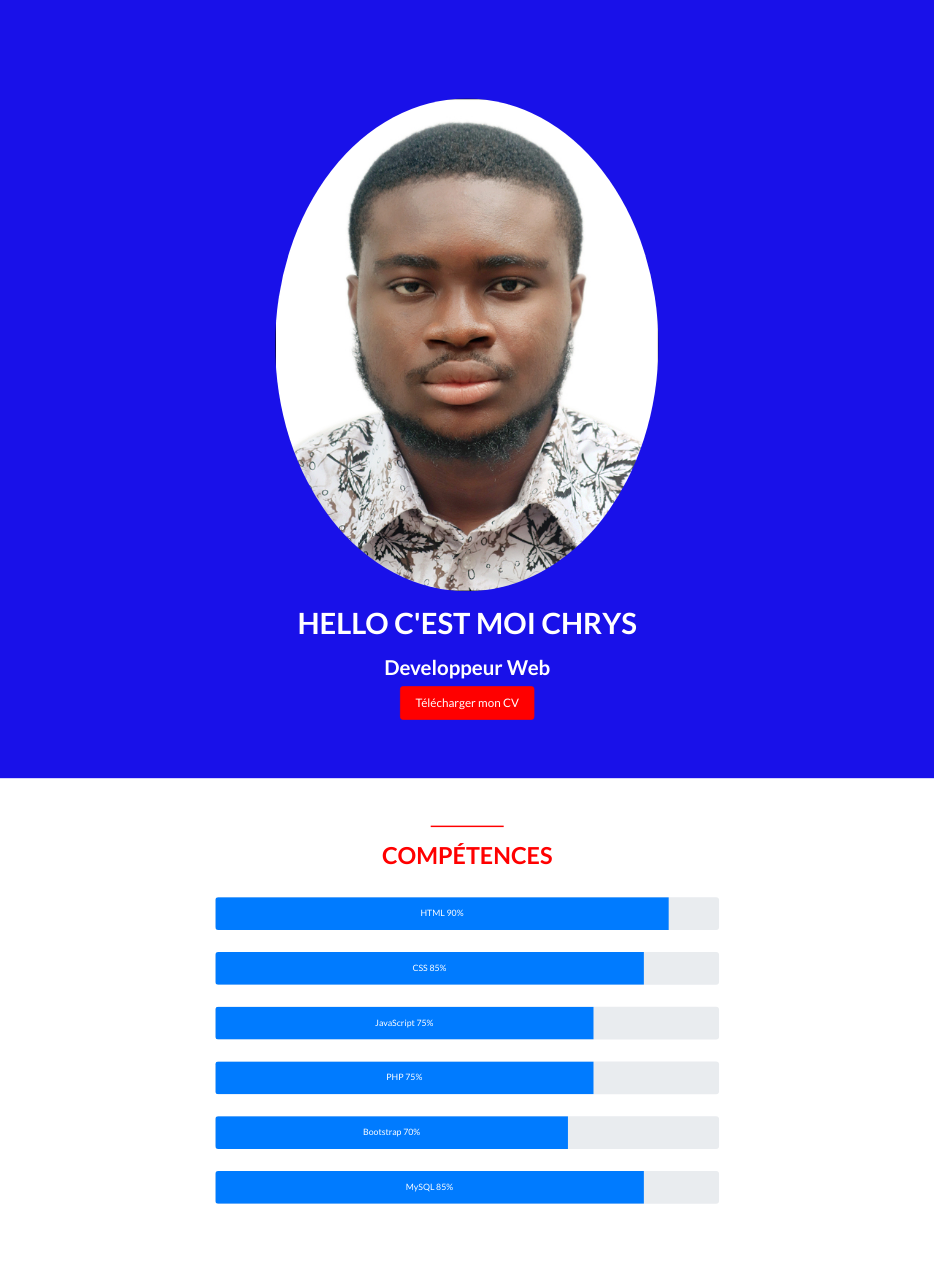
Repository: CHRYSOVR/CV_en_ligne_Interactif
Page: index.html
These files come from the project's save history. The page is drawn as it stood at one moment and after the next save; the edit follows.
The browser window is 1280 px wide. The pictures show the whole page, at 73% of full size.

Above is the page before, as saved 2025-07-08 20:50:04.
Console error: TypeError: Cannot read properties of undefined (reading 'fn')

### index.html
<!DOCTYPE html>
<html lang="fr">
<head>
    <meta charset="UTF-8">
    <meta name="viewport" content="width=device-width, initial-scale=1.0">
    <link rel="preconnect" href="https://fonts.googleapis.com">
<link rel="preconnect" href="https://fonts.gstatic.com" crossorigin>
<link href="https://fonts.googleapis.com/css2?family=Lato:ital,wght@0,100;0,300;0,400;0,700;0,900;1,100;1,300;1,400;1,700;1,900&display=swap" rel="stylesheet">
<link rel="stylesheet" href="https://cdn.jsdelivr.net/npm/bootstrap@4.0.0/dist/css/bootstrap.min.css" integrity="sha384-Gn5384xqQ1aoWXA+058RXPxPg6fy4IWvTNh0E263XmFcJlSAwiGgFAW/dAiS6JXm" crossorigin="anonymous">
<script src="https://cdn.jsdelivr.net/npm/bootstrap@4.0.0/dist/js/bootstrap.min.js" integrity="sha384-JZR6Spejh4U02d8jOt6vLEHfe/JQGiRRSQQxSfFWpi1MquVdAyjUar5+76PVCmYl" crossorigin="anonymous"></script>
    <link rel="stylesheet" href="css/style.css">
    <script src="js/script.js"></script>
    <title>CV SANNE-TIA</title>
</head>
<body>
  <section id="about" class="container-fluid">
    <div  class=" col-8 col -lg-4 profile-picture" >
        <img src="images/Me.JPG" alt="photo sanne-tia" class="rounded-circle">
    </div>
    <div class="heading">
        <h1>Hello c'est moi Chrys</h1 >
             <h3>Developpeur Web</h3>
     <a href="documents/CV_Sanne-Tia.pdf" class="btn btn-danger" target="_blank">Télécharger mon CV</a>
  </div>
    </section>


    <section id="skills">
        <div class="divider"></div>
        <div class="heading">
            <h2>Compétences</h2>
        </div>
        <div class="container">
            <div class="row justify-content-center">
                <div class="col-12 col-md-8">
                    <div class="mb-3">
                        <div class="progress">
                            <div class="progress-bar" role="progressbar" style="width: 90%;" aria-valuenow="90" aria-valuemin="0" aria-valuemax="100">HTML 90%</div>
                        </div>
                    </div>
                    <div class="mb-3">
                        <div class="progress">
                            <div class="progress-bar" role="progressbar" style="width: 85%;" aria-valuenow="85" aria-valuemin="0" aria-valuemax="100">CSS 85%</div>
                        </div>
                    </div>
                    <div class="mb-3">
                        <div class="progress">
                            <div class="progress-bar" role="progressbar" style="width: 75%;" aria-valuenow="75" aria-valuemin="0" aria-valuemax="100">JavaScript 75%</div>
                        </div>
                    </div>
                     <div class="mb-3">
                        <div class="progress">
                            <div class="progress-bar" role="progressbar" style="width: 75%;" aria-valuenow="75" aria-valuemin="0" aria-valuemax="100">PHP 75%</div>
                        </div>
                    </div>
                    <div class="mb-3">
                        <div class="progress">
                            <div class="progress-bar" role="progressbar" style="width: 70%;" aria-valuenow="70" aria-valuemin="0" aria-valuemax="100">Bootstrap 70%</div>
                        </div>
                    </div>
                    <div class="mb-3">
                        <div class="progress">
                            <div class="progress-bar" role="progressbar" style="width: 85%;" aria-valuenow="85" aria-valuemin="0" aria-valuemax="100">MySQL 85%</div>
                        </div>
                    </div>

                    </div>
                </div>
            </div>

    </section>
</body>
</html>

### css/style.css
/*GENERAL*/

body{
    font-family: 'Lato', sans-serif;

}
h1,h2,h3,h4,h5,h6{
    font-weight: bold;


}
.divider{
    width: 100px;
    height: 2px;
    background-color: #ff0000;
    margin:0 auto 20px ;
}
/*ABOUT*/
#about{
    background-color: #1911e9;

}
.profile-picture{
    text-align: center;
    margin: 70px auto 0;

}
section{
padding: 65px 0 80px 0;

}
 .heading{
    text-align: center;
    color: white;
    margin-top: 20px;
}
.heading h2{
    text-transform: uppercase;
}
img{
    max-width: 100%;
    height: auto;
}
#about .heading h1{
    color: white;
    text-transform: uppercase;
    margin-bottom: 20px;

}
.btn-danger{
    background-color: #ff0000;
    border-color: #ff0000;
    color: white;
    padding: 10px 20px;
    font-size: 16px;
    text-decoration: none;
    transition: all 0.7 s ease-in 2s;
}
.btn-danger:hover{
    background:rgba(255, 255, 255, 0.137);
    border-color: #00ff11fe;
    color: white;
    padding: 10px 20px;
    font-size: 16px;
    text-decoration: none;
}
/*SKILLS*/
#skills .heading h2 {
    color:red
}
#skills .progress {
    height: 45px;
    margin: 30px 20px;

}
#skills .progress:last-child{
    margin-bottom: 0;
}

Loaded but not shown: js/script.js (no stored copy; drawn as an empty file)

After the next save:
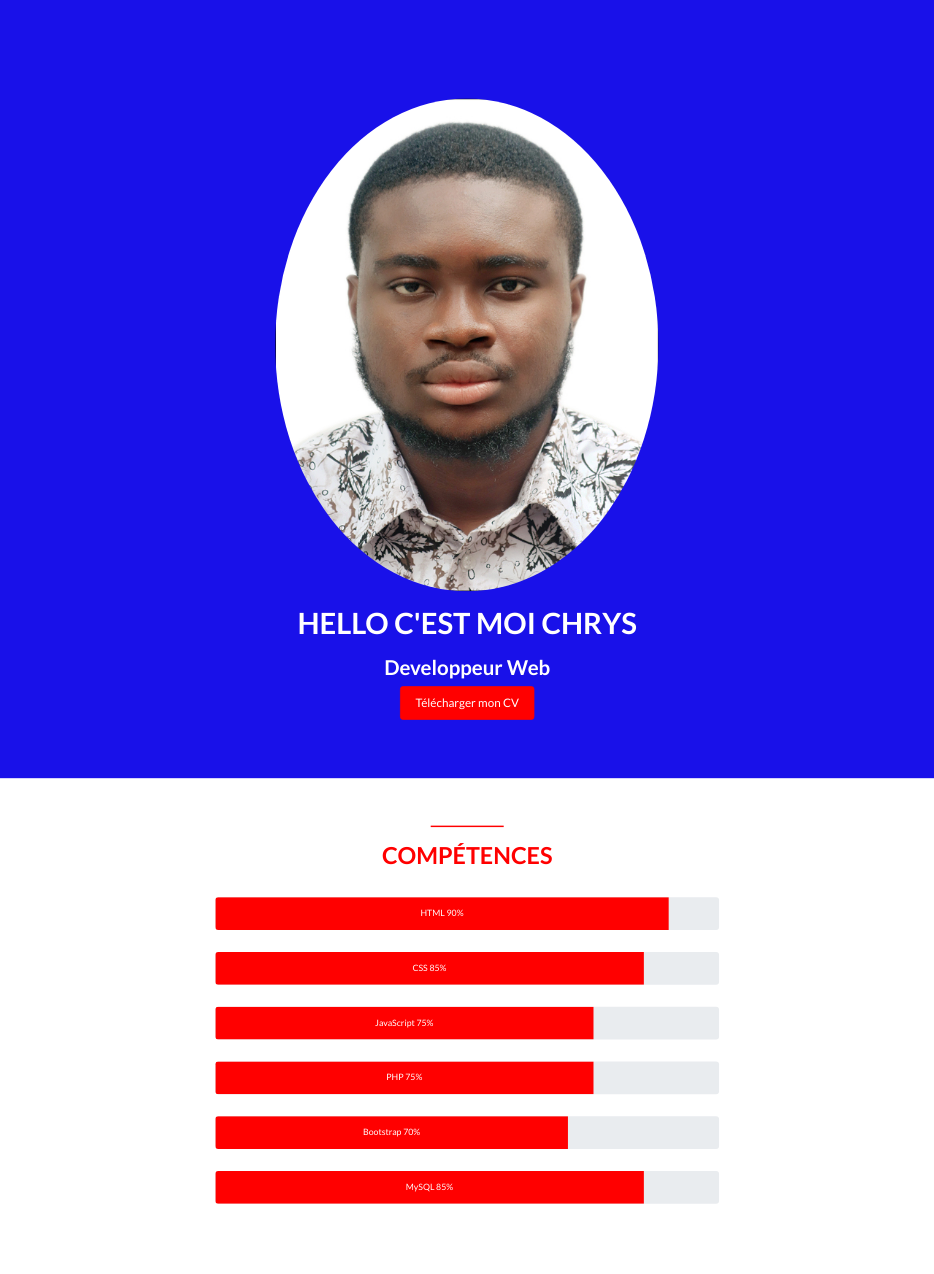
Saved 87 s later.
--- a/css/style.css
+++ b/css/style.css
@@ -76,3 +76,7 @@ img{
 #skills .progress:last-child{
     margin-bottom: 0;
 }
+#skills .progress-bar {
+    background-color: #ff0000;
+
+}
